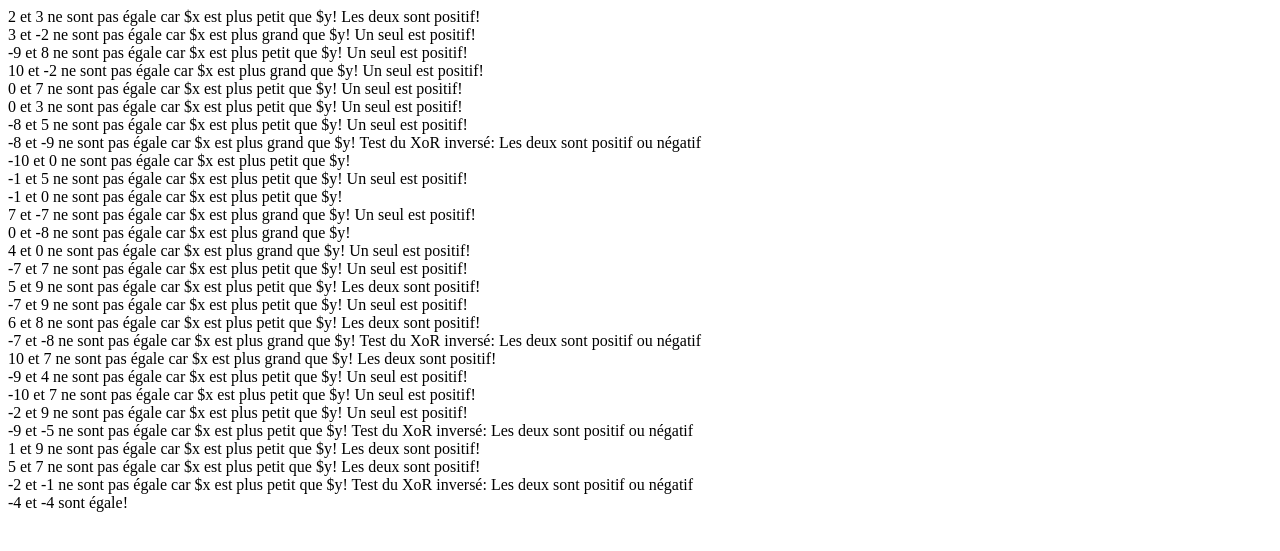
Repository: QuentinFayt/base-php-2021
Page: http://localhost/09-conditions.php
The author's editor kept a copy of each file at every save. The page is drawn from the files as they stood at one save, then again after a run of saves.
The browser window is 1280 px wide. The pictures show the whole page.
The page is run by PHP 8.4 with error messages shown; the project is at /var/www/html/.

Above is the page before, as saved 2021-09-03 11:10:17.

After the next 2 saves:
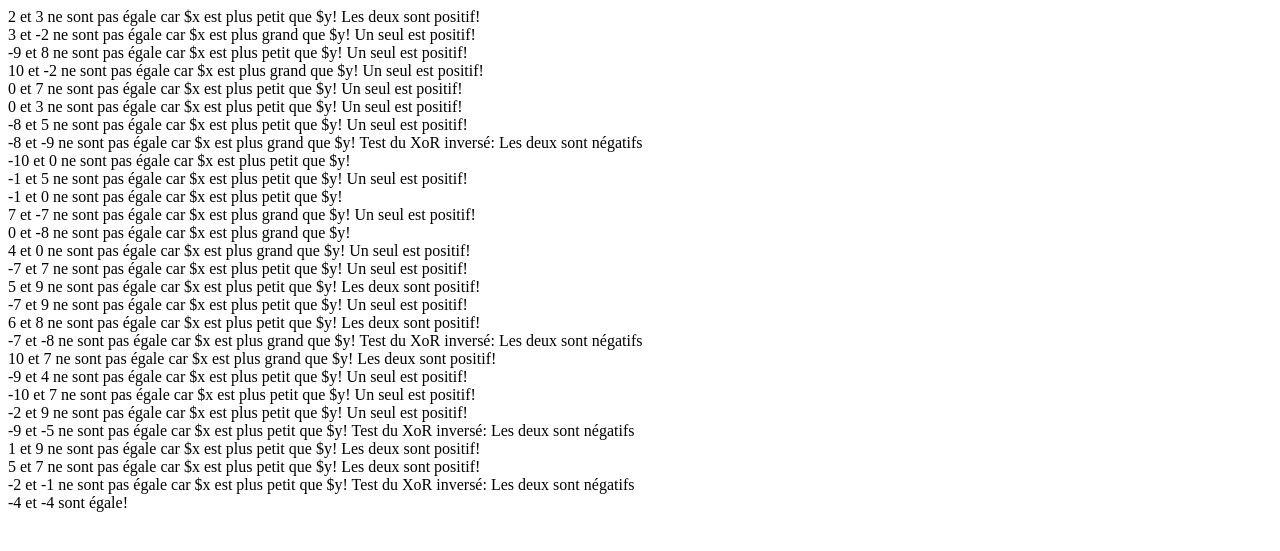
The 2 saves are shown as one change because they came seconds apart.
The last was saved 26 s later.
--- a/09-conditions.php
+++ b/09-conditions.php
@@ -13,7 +13,7 @@ do {
         } elseif (0 < $x || 0 < $y) {
             echo "Un seul est positif!";
         } else if (!(0 <= $x ^ 0 <= $y)) {
-            echo " Test du XoR inversé: Les deux sont positif ou négatif";
+            echo " Test du XoR inversé: Les deux sont négatifs";
         }
         echo "</br>";
     }
